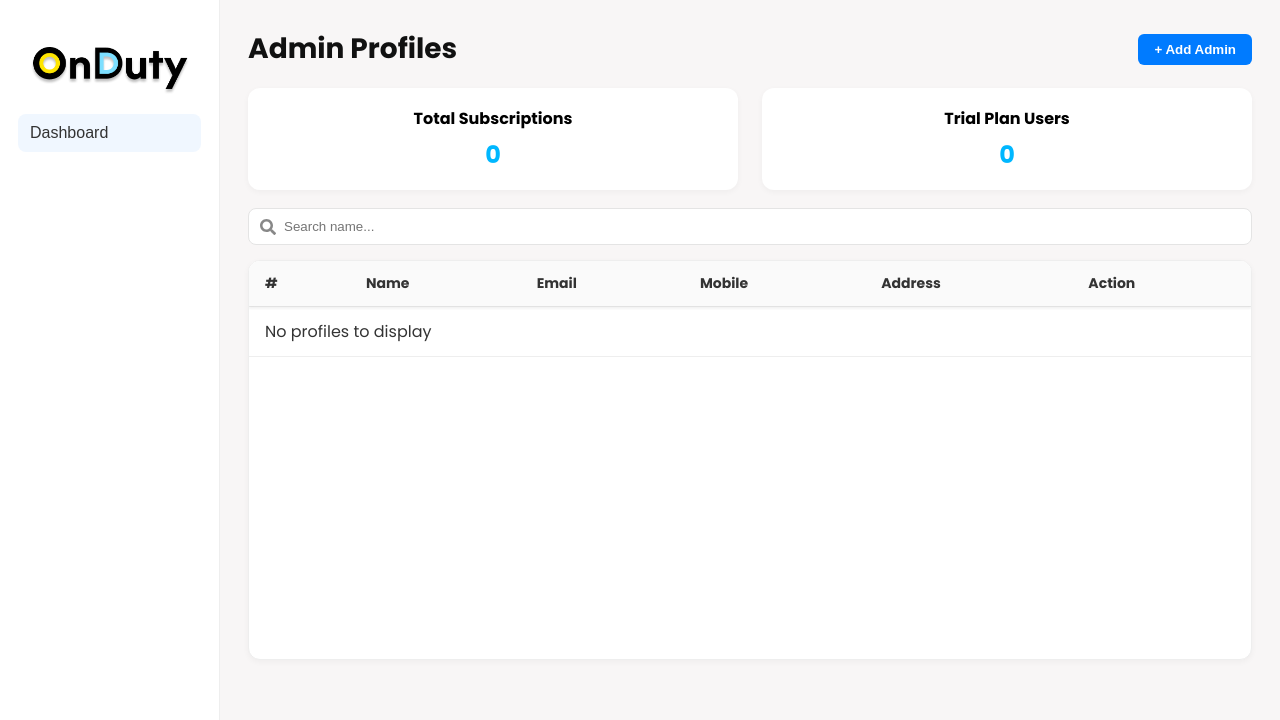
Repository: shekharzorin/ONDUTY-V1
Page: / (app in ONDUTY-V1-ondutysuperadmin/)
An editor plug-in stored every save of this project. The page is shown before and after the next save, followed by the edit.
The browser window is 1280 px wide. The pictures show the whole page.
The page's requests for data from a server got no answer. The project was rebuilt for these pictures with package versions that can differ from the ones it lists, and the page was loaded fresh each time. No one was signed in, and anything a server would have sent is missing. Also part of the build but not shown: ONDUTY-V1-ondutysuperadmin/vite.config.js.

Above is the page before, as saved 2025-11-12 17:31:56.

After the next save:
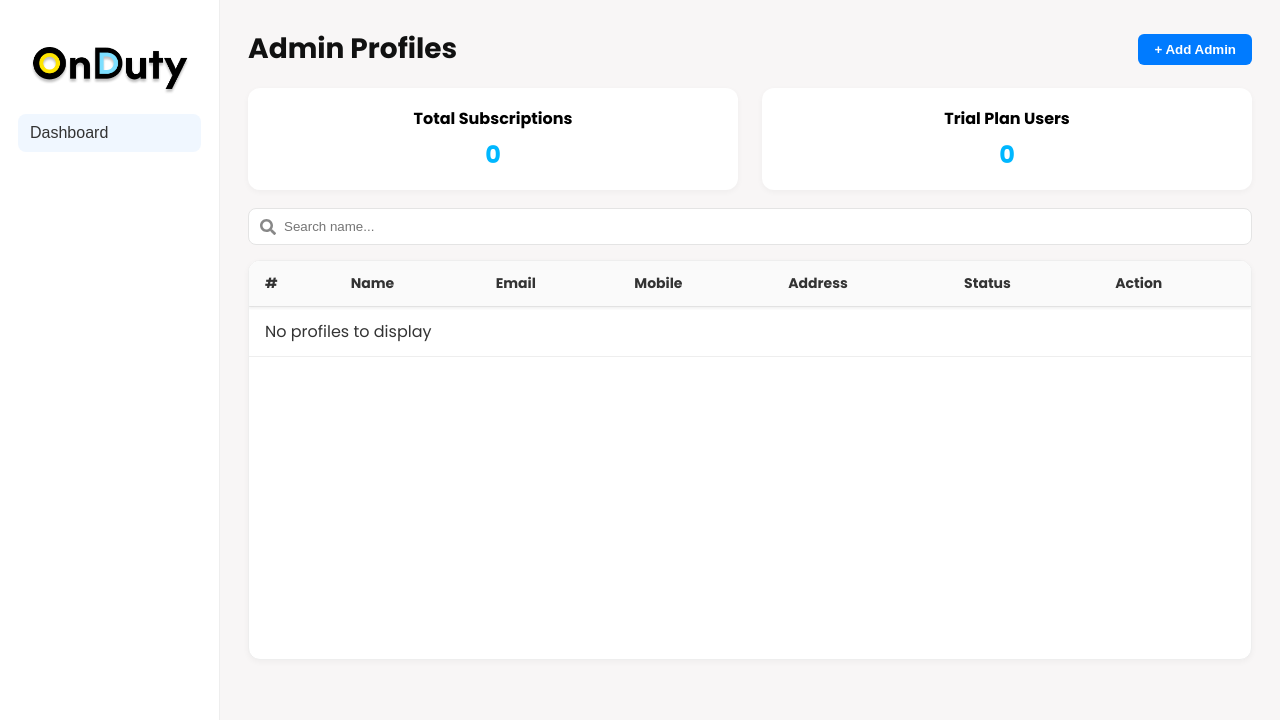
Saved 4 h 47 min later.
--- a/ONDUTY-V1-ondutysuperadmin/src/pages/Dashboard.jsx
+++ b/ONDUTY-V1-ondutysuperadmin/src/pages/Dashboard.jsx
@@ -227,6 +227,7 @@ const CompaniesPage = () => {
                     <th>Email</th>
                     <th>Mobile</th>
                     <th>Address</th>
+                    <th>Status</th>
                     <th>Action</th>
                   </tr>
                 </thead>
